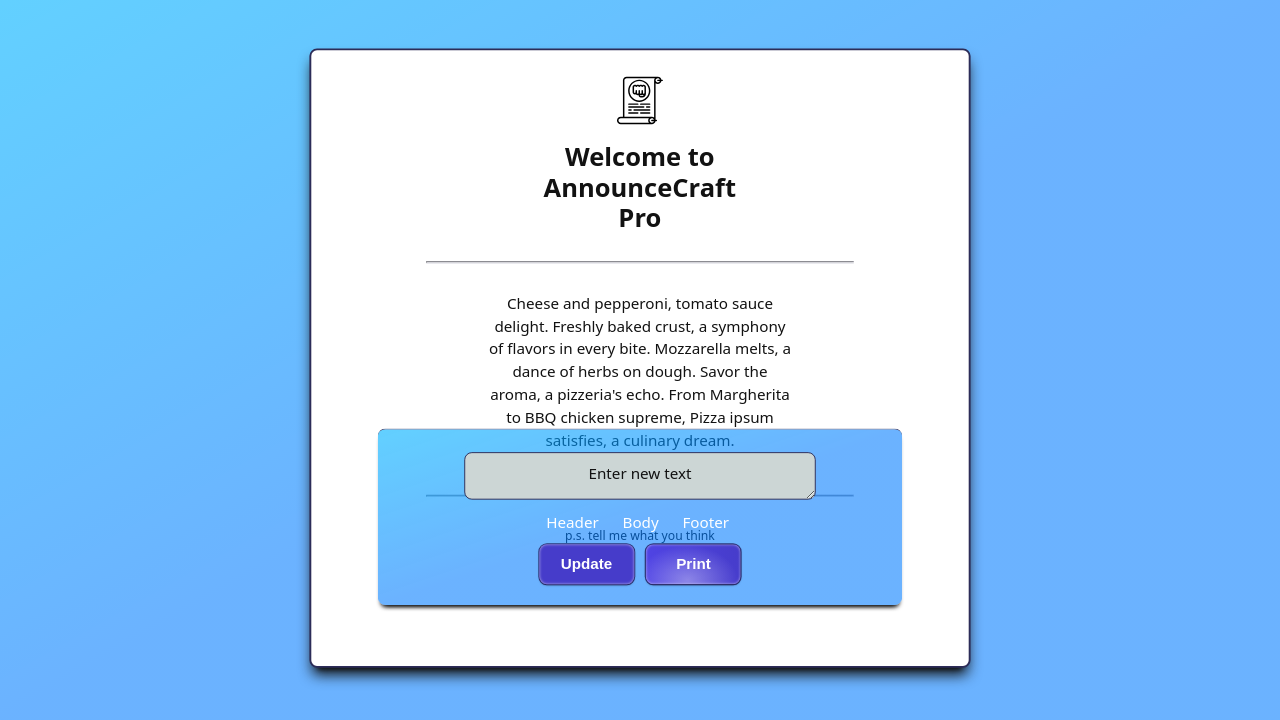
Repository: Freezler/AnnounceCraft
Page: index.html
The author's editor kept a copy of each file at every save. The page is drawn from the files as they stood at one save, then again after the next save.
The browser window is 1280 px wide. The pictures show the whole page.
The pointer rests on the first visible `.btn`.

Above is the page before, as saved 2024-01-22 20:56:36.

### index.html
<!DOCTYPE html>
<html lang="en">

<head>
	<meta charset="UTF-8" />
	<meta name="viewport" content="width=device-width, initial-scale=1.0" />
	<title>Paper Announcement App</title>
	<link rel="stylesheet" href="style.css" />
</head>

<body>
	<section id="shopping-list">

		<div class="content">
			<svg xmlns="http://www.w3.org/2000/svg" xmlns:xlink="http://www.w3.org/1999/xlink" version="1.1" x="0"
				y="0px" viewBox="0 0 64 80" enable-background="new 0 0 64 64" xml:space="preserve">
				<g>
					<path
						d="M6,64h42c2.414,0,4.435-1.721,4.898-4H54c0.553,0,1-0.447,1-1s-0.447-1-1-1h-1V8.975C53.838,9.609,54.87,10,56,10   c2.414,0,4.435-1.721,4.898-4H62c0.553,0,1-0.447,1-1s-0.447-1-1-1h-1.102C60.435,1.721,58.414,0,56,0H14c-2.757,0-5,2.243-5,5v49   H6c-2.757,0-5,2.243-5,5S3.243,64,6,64z M48,62c-1.654,0-3-1.346-3-3s1.346-3,3-3c1.302,0,2.401,0.839,2.815,2H48   c-0.553,0-1,0.447-1,1s0.447,1,1,1h2.815C50.401,61.161,49.302,62,48,62z M58.815,4H56c-0.553,0-1,0.447-1,1s0.447,1,1,1h2.815   C58.401,7.161,57.302,8,56,8c-1.654,0-3-1.346-3-3s1.346-3,3-3C57.302,2,58.401,2.839,58.815,4z M11,5c0-1.654,1.346-3,3-3h38.025   C51.391,2.838,51,3.87,51,5v50.025C50.162,54.391,49.13,54,48,54H11V5z M6,56h38.025C43.391,56.838,43,57.87,43,59   s0.391,2.162,1.025,3H6c-1.654,0-3-1.346-3-3S4.346,56,6,56z" />
					<path
						d="M45,40.008h-4c-0.553,0-1,0.447-1,1s0.447,1,1,1h4c0.553,0,1-0.447,1-1S45.553,40.008,45,40.008z" />
					<path
						d="M17,42.008h20c0.553,0,1-0.447,1-1s-0.447-1-1-1H17c-0.553,0-1,0.447-1,1S16.447,42.008,17,42.008z" />
					<path
						d="M45,44.008H24c-0.553,0-1,0.447-1,1s0.447,1,1,1h21c0.553,0,1-0.447,1-1S45.553,44.008,45,44.008z" />
					<path
						d="M17,46.008h3c0.553,0,1-0.447,1-1s-0.447-1-1-1h-3c-0.553,0-1,0.447-1,1S16.447,46.008,17,46.008z" />
					<path
						d="M17,38.008h12c0.553,0,1-0.447,1-1s-0.447-1-1-1H17c-0.553,0-1,0.447-1,1S16.447,38.008,17,38.008z" />
					<path
						d="M45,36.008H33c-0.553,0-1,0.447-1,1s0.447,1,1,1h12c0.553,0,1-0.447,1-1S45.553,36.008,45,36.008z" />
					<path
						d="M29,48.008H17c-0.553,0-1,0.447-1,1s0.447,1,1,1h12c0.553,0,1-0.447,1-1S29.553,48.008,29,48.008z" />
					<path
						d="M45,48.008H33c-0.553,0-1,0.447-1,1s0.447,1,1,1h12c0.553,0,1-0.447,1-1S45.553,48.008,45,48.008z" />
					<path
						d="M40.001,14.006c0-1.654-1.346-3-3-3c-0.003,0-0.005,0.002-0.007,0.002c-0.703,0.001-1.389,0.19-1.993,0.545   c-1.213-0.711-2.787-0.711-4,0c-1.213-0.711-2.787-0.711-4,0c-0.604-0.354-1.29-0.544-1.993-0.545   c-0.002,0-0.004-0.002-0.007-0.002c-1.654,0-3,1.346-3,3v7.002c0,1.654,1.346,3,3,3c0.537,0,1.034-0.153,1.471-0.401   c0.532,0.84,1.464,1.402,2.529,1.402c0.36,0,0.7-0.074,1.021-0.19c-0.004,0.064-0.021,0.126-0.021,0.191c0,1.654,1.346,3,3,3h1.989   c0.004,0,0.006,0.002,0.01,0.002c2.76,0,5.006-2.246,5.006-5.006c0-0.009-0.005-0.016-0.005-0.024V14.006z M29.001,23.009   c-0.552,0-1-0.448-1-1v-3.003c0-0.553-0.447-1-1-1s-1,0.447-1,1v2.002c0,0.552-0.448,1-1,1s-1-0.448-1-1v-7.002   c0-0.551,0.447-0.998,0.997-1c0.001,0,0.002,0.001,0.003,0.001c0.485,0,0.957,0.186,1.331,0.521c0.379,0.342,0.959,0.342,1.338,0   c0.748-0.672,1.914-0.672,2.662,0c0.379,0.342,0.959,0.342,1.338,0c0.748-0.672,1.914-0.672,2.662,0   c0.189,0.171,0.43,0.257,0.669,0.257s0.479-0.086,0.669-0.257c0.374-0.336,0.846-0.521,1.331-0.521   c0.001,0,0.002-0.001,0.003-0.001c0.55,0.002,0.997,0.449,0.997,1v8.003c0,0.552-0.448,1-1,1s-1-0.448-1-1v-3.003   c0-0.553-0.447-1-1-1s-1,0.447-1,1v3.003c0,0.552-0.448,1-1,1s-1-0.448-1-1v-3.003c0-0.553-0.447-1-1-1s-1,0.447-1,1v3.003   C30.001,22.561,29.553,23.009,29.001,23.009z M35.007,26.011c-0.003,0-0.005-0.001-0.007-0.001h-1.999c-0.552,0-1-0.448-1-1   c0-0.061,0.026-0.115,0.038-0.174c0.304,0.104,0.623,0.173,0.962,0.173c0.771,0,1.468-0.301,2-0.78c0.532,0.479,1.229,0.78,2,0.78   c0.084,0,0.162-0.018,0.244-0.024C36.695,25.607,35.9,26.009,35.007,26.011z" />
					<path
						d="M31,3.998c-8.271,0-15,6.729-15,15s6.729,15,15,15s15-6.729,15-15S39.271,3.998,31,3.998z M31,31.998   c-7.168,0-13-5.832-13-13s5.832-13,13-13s13,5.832,13,13S38.168,31.998,31,31.998z" />
				</g>
			</svg>
			<h1 @click="updateSelectedType('Header'); updateSelectedText(header)">{{ header }}</h1>
			<hr>
			<p @click="updateSelectedType('Body'); updateSelectedText(body)">{{ body }}</p>
			<hr>
			<h4 @click="updateSelectedType('Footer'); updateSelectedText(footer)">{{ footer }}</h4>
		</div>
		<div class="choice-box">
			<textarea v-model="selectedText" type="text" minlength="10" maxlength="400" required
				placeholder="Enter new text"></textarea>

			<div class="radio-container">
				<input class="btn" type="radio" id="header" value="Header" v-model="selectedType"
					@change="updateTempContent">
				<label for="header">Header</label>
				<input class="btn" type="radio" id="body" value="Body" v-model="selectedType"
					@change="updateTempContent">
				<label for="body">Body</label>
				<input class="btn" type="radio" id="footer" value="Footer" v-model="selectedType"
					@change="updateTempContent">
				<label for="footer">Footer</label>
				<div class="btn-group">
					<button @click="updateText" class="btn">Update</button>
					<button @click="updateText" class="btn">Print</button>
				</div>

			</div>
		</div>
	</section>
	<script src="https://unpkg.com/vue@3"></script>
	<script src="app.js"></script>
</body>

</html>

### style.css
:root {
    --primary-color: #007bff94;
    --secondary-color: #6c757d;
    --success-color: #28a745;
    --error-color: #dc3545;
    --oxford-blue: rgb(18, 18, 18);
    --bittersweet: rgb(44, 44, 88);
    --platinum: hsla(174, 11%, 82%, 1);
    --khaki: rgb(118, 143, 230);
    --white: rgb(255, 255, 255);
    --primary: rgb(255, 0, 76);
    --secondary: rgb(0, 255, 76);
    --polkadot-pink: #e6007a;
    --polkadot-purple: #552BBF;
    --polkadot-cyan: #00b3ff9d;
    --polkadot-lime: #D3FF33;
    --polkadot-green: #56F39A;

    /* Fonts */
    --main-font: 'system-ui', -apple-system, BlinkMacSystemFont, 'Segoe UI', Roboto, Oxygen, Ubuntu, Cantarell, 'Open Sans', 'Helvetica Neue', sans-serif;
    --heading-font: 'Roboto', sans-serif;

    /* Spacing */
    --spacing-small: 8px;
    --spacing-medium: 16px;
    --spacing-large: 24px;

    /* Breakpoints */
    --tablet-breakpoint: 768px;
    --desktop-breakpoint: 1024px;

    /* Other Variables */
    --border-radius: 4px;
    --box-shadow: 0 2px 4px rgba(0, 0, 0, 0.1);
    --radius: 8px;

    /* Typography */
    --heading-font-size: 24px;
    --heading-line-height: 1.2;
    --paragraph-font-size: 16px;
    --paragraph-line-height: 1.5;
    --paragraph-max-width: 35ch;

    scale: 0.95;
}

body {
    margin: 0;
    padding: 0;
    font-family: var(--main-font);
    background-image: linear-gradient(to bottom right, var(--polkadot-cyan) 0%, var(--primary-color) 50%);
    color: var(--oxford-blue);
    text-align: center;
    height: 100vh;
    display: flex;
    flex-direction: column;
    align-items: center;

}

section {
    margin: 2rem;
    height: 90%;
    border: 2px solid var(--bittersweet);
    border-radius: var(--radius);
    padding: 0;
    max-width: 54vw;
    background-color: var(--white);
    text-align: center;
    position: absolute;
    box-shadow: 0px 10px 15px -3px var(--oxford-blue), 0px 10px 5px -9px var(--oxford-blue);

}

h1 {
    font-size: clamp(0.9rem, 2vw, 1.7rem);
    line-height: 1.2;

    width: 15ch;
    margin: 0 auto;
    word-wrap: pretty;
    transform: scale(1.05);
}

h1:hover {


    color: var(--bittersweet);
    transition: color 5s cubic-bezier(0.215, 0.610, 0.355, 1);
    text-align: center;

    padding: 0;
}

h4 {
    font-size: clamp(0.3rem, 2vw, 0.8rem);
    font-weight: 100;
    width: 35ch;
    vertical-align: middle;
    margin: 0 auto;
    padding-bottom: 24px;
    text-align: center;
    word-wrap: balanced;
}

p {
    font-size: clamp(0.6rem, 2vw, 1rem);
    line-height: 1.6;
    width: 35ch;
    line-height: 1.5;
    margin: 0 auto;
    padding: 0px 0px 1rem;
    text-wrap: balance;
    text-align: center;
}

hr {
    background-color: var(--bittersweet);
    width: 35vw;

    align-self: center;

}

label {
    display: block;
    color: var(--white);
}

.radio-container input[type="radio"] {
    display: none;

}

.radio-container input[type="radio"]:hover {
    background: #b984e86e;

}

.radio-container input[type="radio"]+label {
    display: inline-block;
    padding: 5px 10px;
    border-radius: var(--radius);
    margin-right: 5px;
    cursor: pointer;
}

.radio-container input[type="radio"]:checked+label {
    background-color: #e0e0e0;
    color: rgb(40, 4, 4);
    text-transform: uppercase;
}

.content {
    display: flex;
    flex-direction: column;
    gap: clamp(1.4rem, 1vw, 2rem);
    width: 54vw;
    text-wrap: balance;
    padding: 5rem 0 4rem;
    margin-top: 1.2rem;
}

svg {
    position: absolute;
    top: 1.2rem;
    left: calc(50% - 25px);
    width: 50px;
    height: 80px;
    padding-bottom: 1rem;

}

.choice-box {
    position: absolute;
    bottom: 2rem;

    opacity: 1;

    background-image: linear-gradient(to bottom right, var(--polkadot-cyan) 0%, var(--primary-color) 50%);
    display: flex;
    flex-direction: column;
    gap: 8px;
    justify-content: center;
    align-items: center;
    break-before: always;
    left: 0rem;
    right: 0;
    padding: 0.8rem 0 0.8rem;
    border-top: 1.6px solid var(--bittersweet);
    border-radius: var(--radius);
    padding-top: 24px;
    padding-bottom: 16px;
    margin: 2rem auto;

    box-shadow: 0px 5px 5px -3px var(--oxford-blue), 0px 10px 5px -9px var(--oxford-blue);
    max-width: 80%;

    textarea {
        width: 66%;
        color: var(--oxford-blue);
        background-color: var(--platinum);
        border: 0.4px solid var(--bittersweet);
        border-radius: var(--radius);
        font-size: 16px;
        font-family: system-ui, -apple-system, BlinkMacSystemFont, 'Segoe UI', Roboto, Oxygen, Ubuntu, Cantarell, 'Open Sans', 'Helvetica Neue', sans-serif;
        margin: 0 auto;

        text-align: center;
        justify-content: baseline;
        overflow: hidden;
        outline: none;
        vertical-align: middle;

        &::placeholder {
            color: var(--oxford-blue);
            text-align: center;
            justify-content: baseline;
            padding-top: 0.5rem;
        }

        &:focus {
            border-color: var(--white);
            box-shadow: 0 0 0 0.1rem var(--primary);
            text-align: center;


        }

        &::invalid {
            background-color: var(--secondary);
        }
    }
}

.btn {
    -webkit-border-radius: var(--radius);
    -moz-border-radius: var(--radius);
    border-radius: var(--radius);
    -webkit-box-shadow: 7px 5px 13px #040646;
    -moz-box-shadow: 7px 5px 13px #040646;
    box-shadow: 2px 2px 13px var(--oxford-blue);
    color: var(--white);
    font-size: clamp(0.6rem, 1vw, 1.2rem);
    background: var(--oxford-blue);
    padding: 4px 7px;

    border: 0.6px solid var(--white);
    text-decoration: none;
    width: clamp(100px, 1.6vw, 10rem);
    margin: 0.4rem auto 0.4rem;
}

.btn:hover {
    background: var(--bittersweet);
    color: var();
    text-decoration: none;
}

.btn-group {
    display: grid;
    grid-template-columns: 1fr 1fr;
    gap: 8px;
    justify-content: center;
    place-items: center;
}


/* CSS */

.btn {

    padding: 12px 16px;
    border: 0;
    font-size: 16px;
    transition: all 150ms ease-in-out;

    border-radius: 8px;
    box-shadow: rgba(255, 255, 255, 0.2) 0px 1px 0px 0px inset, rgba(0, 0, 0, 0.07) 0 1px 1px, rgba(0, 0, 0, 0.07) 0 2px 2px, rgba(0, 0, 0, 0.07) 0 4px 4px;
    font-weight: 600;

    color: #fff;
    box-shadow: rgba(32, 27, 92, 0.8) 0px 0px 0px 1px, rgba(255, 255, 255, 0.7) 0 0 3px 0 inset, 0 1px 2px 0 rgba(0, 0, 0, .5);

    background-image: radial-gradient(53% 87% at 44% 90%, rgba(255, 255, 255, 0.36) 0%, transparent 100%), linear-gradient(80deg, #5044E5 0%, #463CCA 100%);
}


.btn:hover {
    background: #463CCA;
    filter: brightness(1.)
}



.btn:active {
    transform: scale(.95);
}

### app.js

const PaperAnnouncement = Vue.createApp({
    /**
     * Returns an object with header, body, footer, selectedText, selectedType, and tempContent properties.
     *
     * @return {Object} The object containing header, body, footer, selectedText, selectedType, and tempContent properties.
     */
    data() {
        return {
            header: "Welcome to AnnounceCraft Pro",
            body: "Cheese and pepperoni, tomato sauce delight. Freshly baked crust, a symphony of flavors in every bite. Mozzarella melts, a dance of herbs on dough. Savor the aroma, a pizzeria's echo. From Margherita to BBQ chicken supreme, Pizza ipsum satisfies, a culinary dream.",
            footer: "p.s. tell me what you think",
            selectedText: "",
            selectedType: "",
            tempContent: { type: "", text: "" }
        };
    },
    methods: {
        /**
         * Updates the temporary content based on the selected type and text.
         */
        updateTempContent() {
            if (this.selectedText === "") {
                this.selectedType = "";
                alert("Please enter text first");
            } else {
                if (this.selectedType !== undefined) {
                    this.tempContent.type = this.selectedType;
                }
                if (this.selectedText !== undefined) {
                    this.tempContent.text = this.selectedText;
                }
            }
        },

        /**
         * Updates the header, body, and footer based on the type and text from this.tempContent.
         */
        updateText() {
            const { type, text } = this.tempContent;
            if (type === "Header") {
                this.header = text;
            }
            if (type === "Body") {
                this.body = text;
            }
            if (type === "Footer") {
                this.footer = text;
            }
            this.selectedType = "";
            this.selectedText = "";
        }
    }

}).mount("#shopping-list");

After the next save:
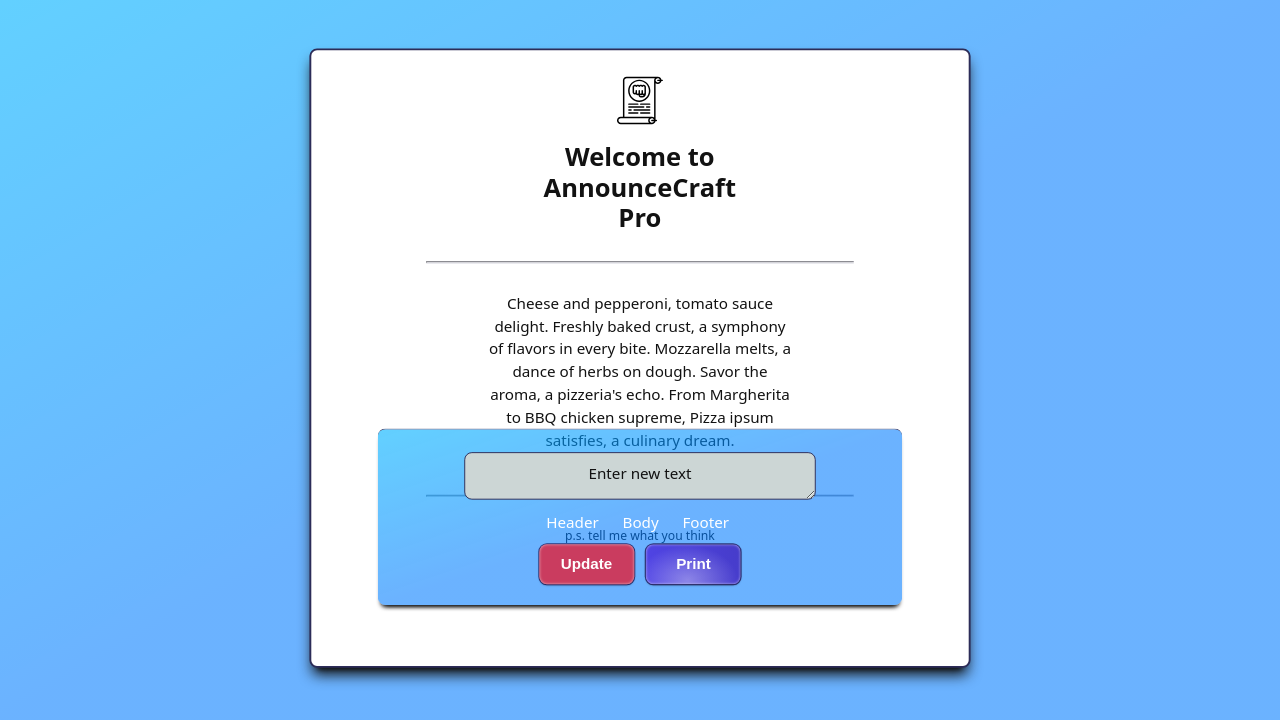
Saved 9 s later.
--- a/style.css
+++ b/style.css
@@ -287,7 +287,7 @@ svg {
 
 
 .btn:hover {
-    background: #463CCA;
+    background: #ca3c5f;
     filter: brightness(1.)
 }
 
